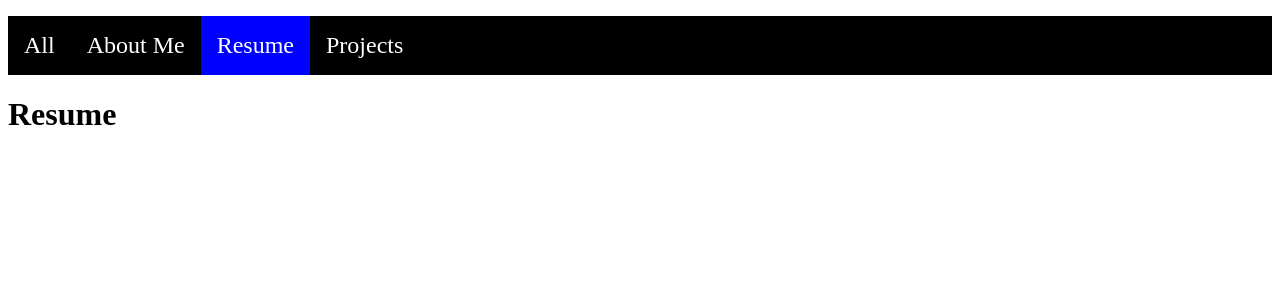
Repository: ChristianCain/ChristianCain.github.io
Page: resume.html
The author's editor kept a record of every edit. The page is drawn from the files as they stood at one moment, then again after the next edit.
The browser window is 1280 px wide. The pictures show the whole page.

Above is the page before.

### resume.html
<!DOCTYPE html>
<html>
    <head>

        <title>Resume</title>

        <link rel="stylesheet" type="text/css" href="style.css">

    </head>
    <body>
        <ul class="navbar">
            <li><a href="index.html">All</a></li>
            <li><a href="aboutme.html">About Me</a></li>
            <li class="active"><a href="resume.html">Resume</a></li>
            <li class = "dropdown"</li>
                <div>Projects</div>
                <ul class="dropdown-content">
                    <li><a href="#">Project 1</a></li>
                    <li><a href="#">Project 2</a></li>
                    <li><a href="#">Project 3</a></li>

                </ul>


        </ul>

        <h1>Resume</h1>


    </body>
</html>

### style.css



            .navbar{
            list-style: none;
            background-color: black;
            overflow: hidden;
            padding: 0;
            }


            .navbar a, .dropdown div{
                text-decoration: none;
                color: white;
                font-size: 24px;
                padding: 16px;
                display: inline-block;

            }

            .navbar li{
                float: left;
            }

            .navbar li:hover{
                background-color:pink;
            }

            .dropdown-content{
                list-style: none;
                padding: 0;
                display: none;
                position: absolute;
                z-index: 1;
                background-color: black;

            }

            .dropdown-content li{
                float: none;
            }

            .dropdown:hover .dropdown-content{
                display: block;
            }

            .active{
                background-color: blue;
            }

After the next edit:
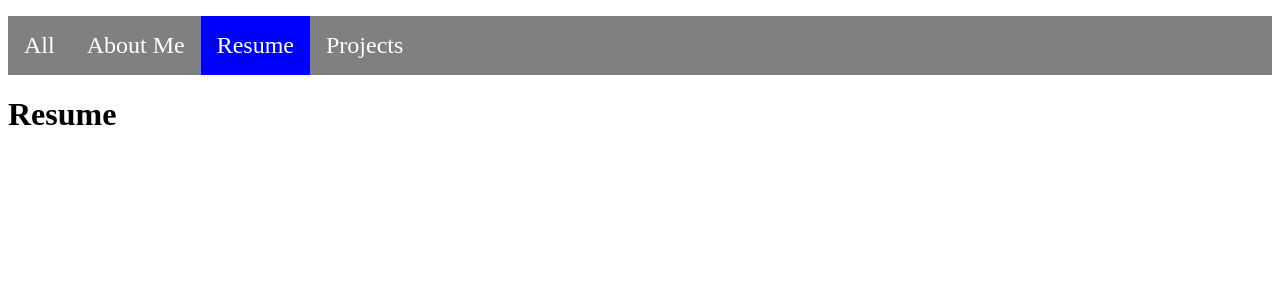
The edit:
--- a/style.css
+++ b/style.css
@@ -3,7 +3,7 @@
 
             .navbar{
             list-style: none;
-            background-color: black;
+            background-color: gray;
             overflow: hidden;
             padding: 0;
             }
